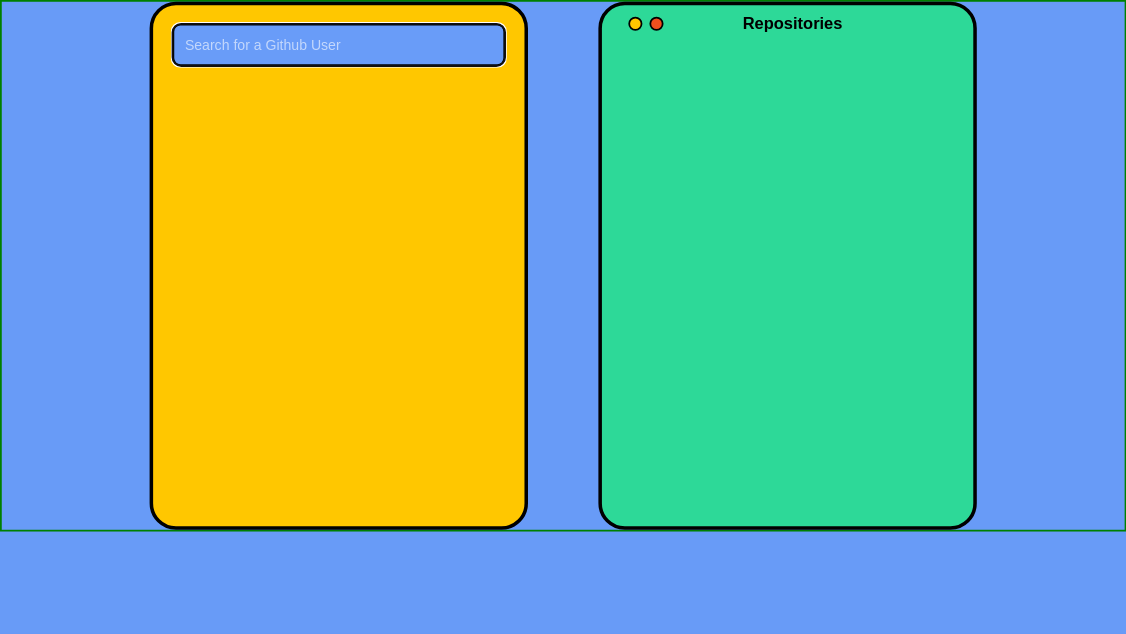
Repository: ThisIsSahaj/Js-Projects
Page: GitHubSearch/index.html
An editor plug-in stored every save of this project. The page is shown before and after the next save, followed by the edit.
The browser window is 1280 px wide. The pictures show the whole page, at 88% of full size.
The page's requests for data from a server got no answer.

Above is the page before, as saved 2024-04-25 22:07:09.

After the next save:
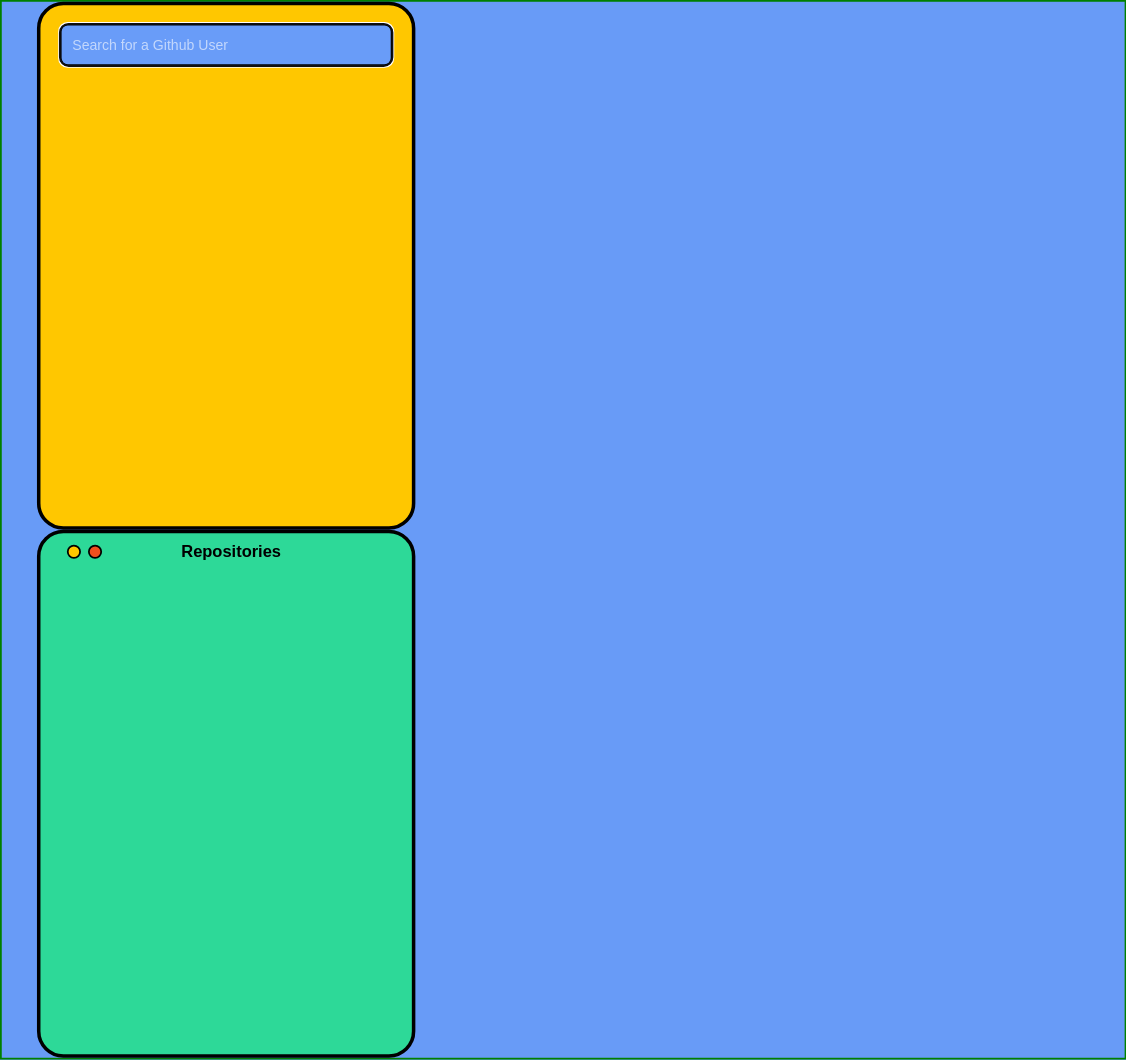
Saved 10 s later.
--- a/GitHubSearch/index.html
+++ b/GitHubSearch/index.html
@@ -13,7 +13,7 @@
 
 <body>
     <!-- <div class="container"> -->
-
+   <div class="main">
         <div class="leftBox box">
             <div class="inputBox">
                     <input type="text" id="search" autofocus placeholder="Search for a Github User" />
@@ -37,6 +37,7 @@
             <div class="repositories scrollbar">
         </div>
         </div>
+    </div>
     <!-- </div> -->
 </body>
 
